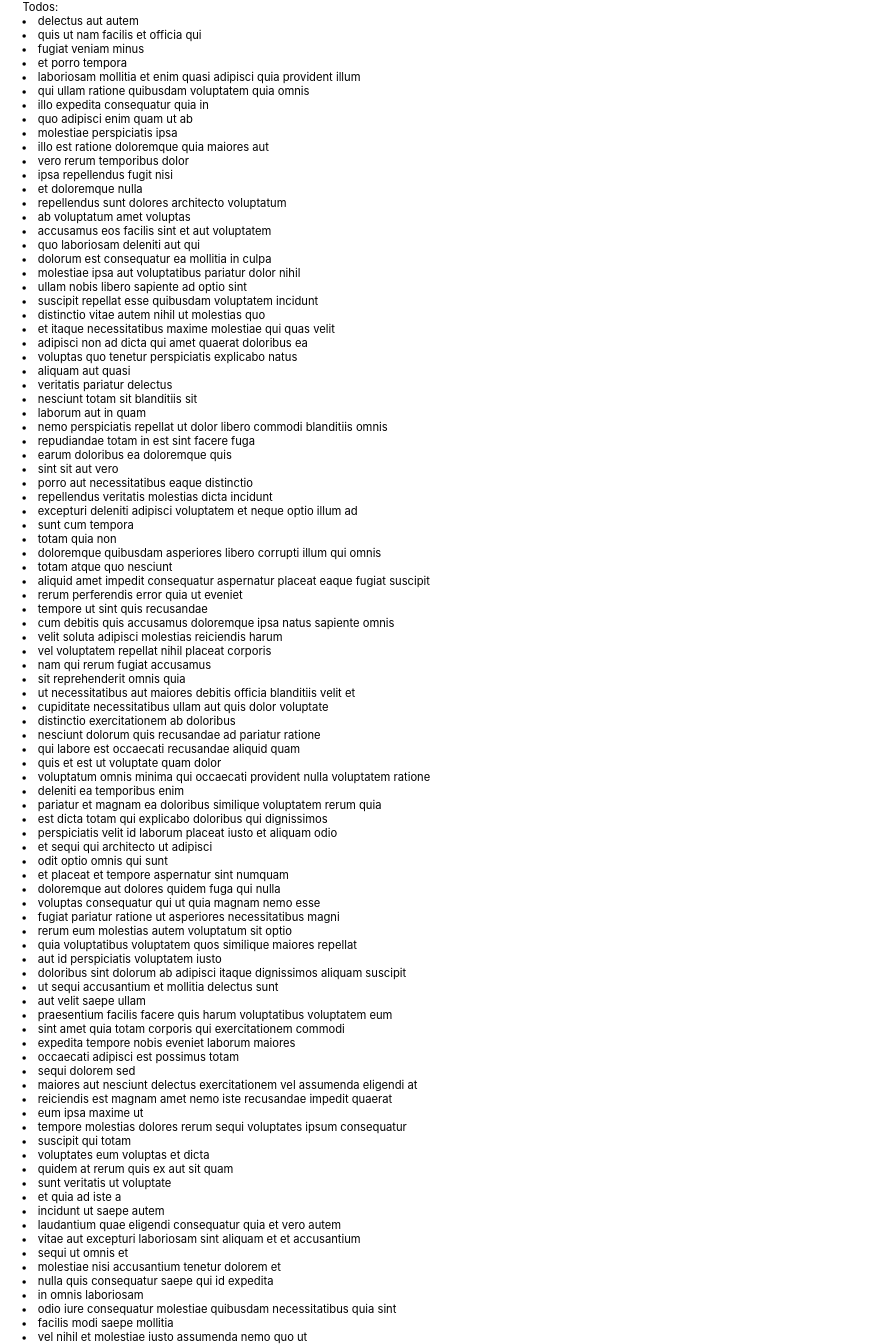
Repository: vhoreho/react
Page: / (app in myapp/)
These files come from the project's save history. The page is drawn as it stood at one moment and after the next save; the edit follows.
The browser window is 1280 px wide. The pictures show the part of the page from y = 0 to 1920 px (the page is 4020 px tall before and 4052 px after), at 70% of full size.
The project was rebuilt for these pictures with package versions that can differ from the ones it lists, and the page was loaded fresh each time.

Above is the page before, as saved 2022-08-08 21:27:32.

After the next save:
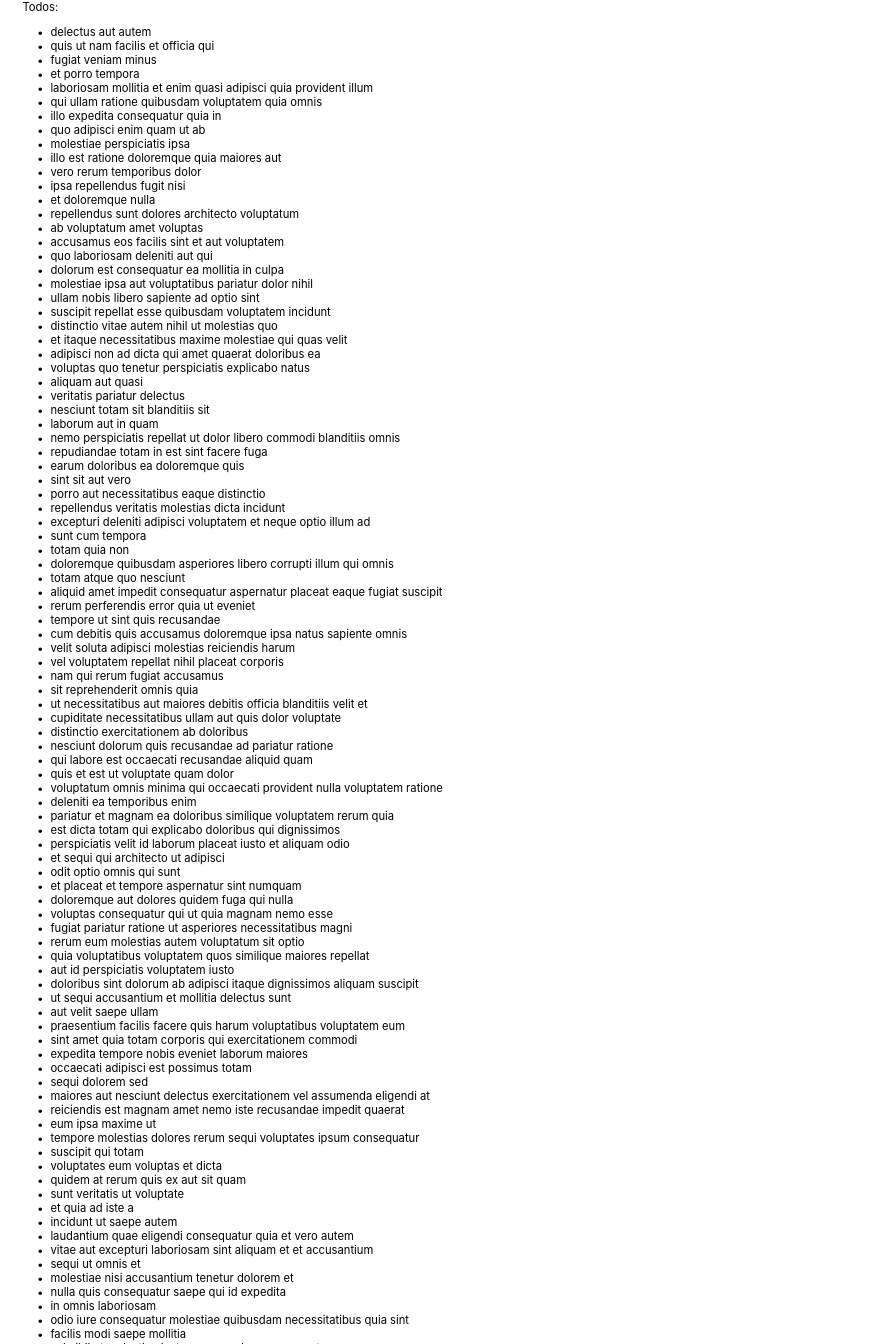
Saved 30 s later.
--- a/myapp/src/components/Todos.js
+++ b/myapp/src/components/Todos.js
@@ -1,14 +1,16 @@
 import React, { useState } from 'react'
-import {todos as initialState} from '../data'
+import { todos as initialState } from '../data'
 import TodoItem from './TodoItem';
 
 export default function Todos() {
     const [todos, setTodos] = useState(initialState);
 
-  return (
-    <div>
-        Todos:
-        {todos.map(todo => <TodoItem key={todo.id} {...todo} />)}
-    </div>
-  )
+    return (
+        <div>
+            Todos:
+            <ul>
+                {todos.map(todo => <TodoItem key={todo.id} {...todo} />)}
+            </ul>
+        </div>
+    )
 }
